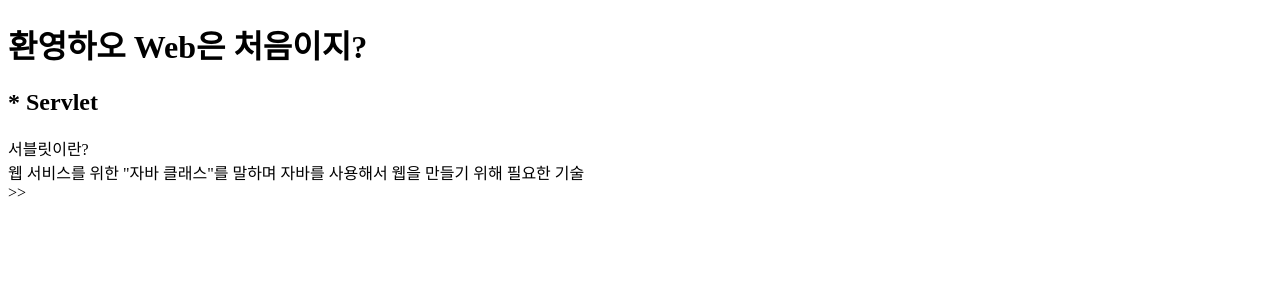
Repository: 1400CP/05_server-workspace1
Page: 1_Servlet/WebContent/index.html
An editor plug-in stored every save of this project. The page is shown before and after the next save, followed by the edit.
The browser window is 1280 px wide. The pictures show the whole page.

Above is the page before, as saved 2025-02-14 01:34:26.

After the next save:
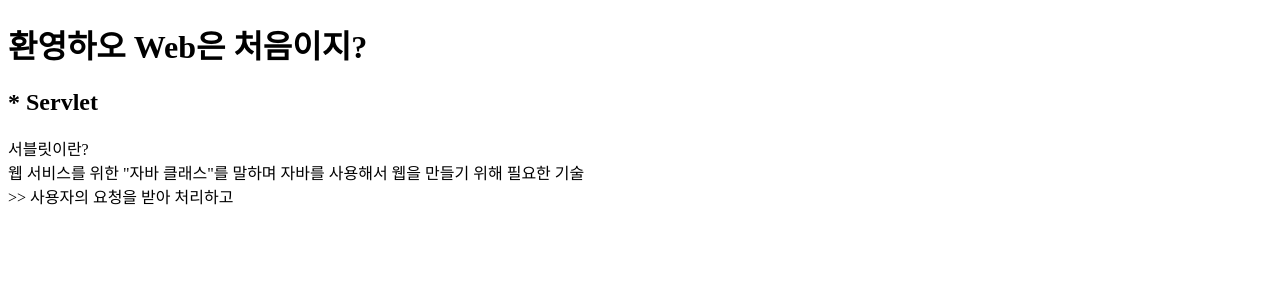
Saved 6 s later.
--- a/1_Servlet/WebContent/index.html
+++ b/1_Servlet/WebContent/index.html
@@ -13,7 +13,7 @@
 	<p>
 		서블릿이란? <br>
 		웹 서비스를 위한 "자바 클래스"를 말하며 자바를 사용해서 웹을 만들기 위해 필요한 기술 <br>
-		>>
+		>> 사용자의 요청을 받아 처리하고
 	</p>
 
 </body>
